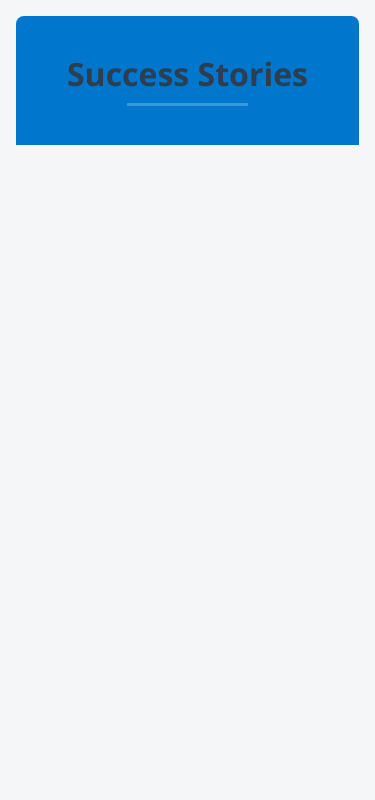
Repository: omas1st/stories
Page: http://localhost/stories/
These files come from the project's save history. The page is drawn as it stood at one moment and after the next save; the edit follows.
The browser window is 375 px wide. The pictures show the whole page.
The page is served by the project's Node server (server.js). Queries for data that is not in the repository find no rows.

Above is the page before, as saved 2025-04-06 15:49:00.

After the next save:
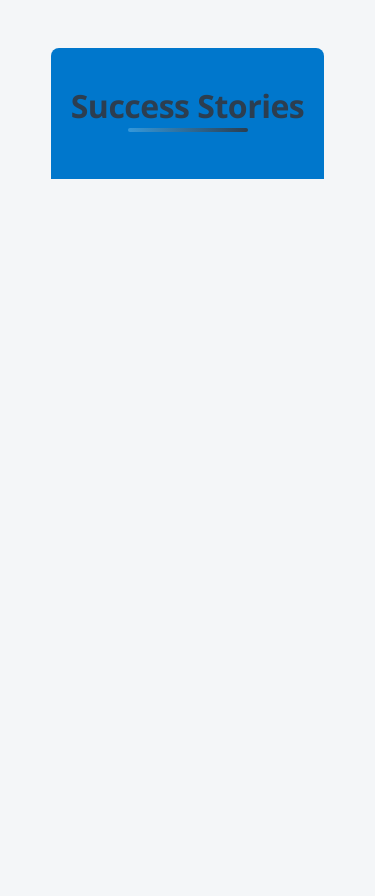
Saved 5 min 43 s later.
--- a/public/css/stories.css
+++ b/public/css/stories.css
@@ -2,113 +2,154 @@
 .stories-container {
     max-width: 1200px;
     margin: 0 auto;
-    padding: 2rem;
+    padding: 4rem 2rem;
+    min-height: 100vh;
+    display: flex;
+    flex-direction: column;
+    align-items: center;
 }
 
 .stories-container header {
     text-align: center;
-    margin-bottom: 3rem;
+    margin-bottom: 4rem;
 }
 
 .stories-container h1 {
-    font-size: 2.5rem;
+    font-size: 2.8rem;
     color: #2c3e50;
-    margin-bottom: 1rem;
+    margin-bottom: 1.5rem;
+    font-weight: 600;
+    letter-spacing: -0.5px;
     position: relative;
-    display: inline-block;
+    padding-bottom: 1rem;
 }
 
 .stories-container h1::after {
     content: '';
-    display: block;
-    width: 50%;
-    height: 3px;
-    background: #3498db;
-    margin: 0.5rem auto;
+    position: absolute;
+    bottom: 0;
+    left: 50%;
+    transform: translateX(-50%);
+    width: 120px;
+    height: 4px;
+    background: linear-gradient(90deg, #3498db 0%, #2c3e50 100%);
+    border-radius: 2px;
 }
 
 .story {
     background: #ffffff;
-    border-radius: 10px;
-    box-shadow: 0 4px 6px rgba(0, 0, 0, 0.1);
-    margin-bottom: 2rem;
-    padding: 2rem;
+    border-radius: 12px;
+    box-shadow: 0 8px 30px rgba(0, 0, 0, 0.08);
+    margin-bottom: 2.5rem;
+    padding: 2.5rem;
     transition: transform 0.3s ease;
+    width: 800px;
+    max-width: 90%;
+    position: relative;
+    border: 1px solid rgba(52, 152, 219, 0.1);
 }
 
 .story:hover {
-    transform: translateY(-5px);
+    transform: translateY(-3px);
+    box-shadow: 0 12px 40px rgba(0, 0, 0, 0.1);
 }
 
 .story-header {
     display: flex;
+    flex-direction: column;
     align-items: center;
-    margin-bottom: 1.5rem;
+    margin-bottom: 2rem;
+    text-align: center;
 }
 
 .story-header img {
-    width: 80px;
-    height: 80px;
+    width: 100px;
+    height: 100px;
     border-radius: 50%;
     object-fit: cover;
-    margin-right: 1.5rem;
-    border: 3px solid #3498db;
+    margin-bottom: 1.5rem;
+    border: 4px solid #fff;
+    box-shadow: 0 4px 15px rgba(52, 152, 219, 0.2);
 }
 
 .story-header h2 {
-    font-size: 1.5rem;
+    font-size: 1.6rem;
     color: #2c3e50;
-    margin: 0;
+    margin: 0 0 0.5rem 0;
+    font-weight: 600;
 }
 
 .story-content {
-    line-height: 1.6;
+    line-height: 1.8;
     color: #34495e;
+    text-align: center;
+    font-size: 1.05rem;
 }
 
 .story-content p:first-of-type {
-    margin-bottom: 1rem;
+    margin-bottom: 1.5rem;
     font-weight: 500;
     color: #3498db;
+    font-size: 1.1rem;
 }
 
 .story-content p:last-child {
-    margin: 0;
+    margin: 0 auto;
+    max-width: 700px;
+    color: #5a6b7c;
     font-size: 1rem;
-    color: #7f8c8d;
+    line-height: 1.7;
+}
+
+/* Decorative quote mark */
+.story::before {
+    content: "❝";
+    position: absolute;
+    top: -25px;
+    left: 50%;
+    transform: translateX(-50%);
+    font-size: 4rem;
+    color: rgba(52, 152, 219, 0.2);
+    font-family: Arial, sans-serif;
 }
 
 /* Responsive Design */
 @media (max-width: 768px) {
     .stories-container {
-        padding: 1rem;
+        padding: 3rem 1rem;
     }
 
-    .story-header {
-        flex-direction: column;
-        text-align: center;
+    .stories-container h1 {
+        font-size: 2.2rem;
+    }
+
+    .story {
+        padding: 2rem;
+        width: 90%;
     }
 
     .story-header img {
-        margin-right: 0;
-        margin-bottom: 1rem;
+        width: 85px;
+        height: 85px;
     }
 
-    .story-header h2 {
-        font-size: 1.3rem;
-    }
-
-    .story-content p:last-child {
-        font-size: 0.9rem;
+    .story::before {
+        top: -20px;
+        font-size: 3rem;
     }
 }
 
 @media (max-width: 480px) {
     .stories-container h1 {
         font-size: 2rem;
+        padding-bottom: 0.8rem;
     }
 
     .story {
-        padding: 1.5rem;
+        padding: 1.8rem;
+    }
+
+    .story-content {
+        font-size: 1rem;
     }
 }
